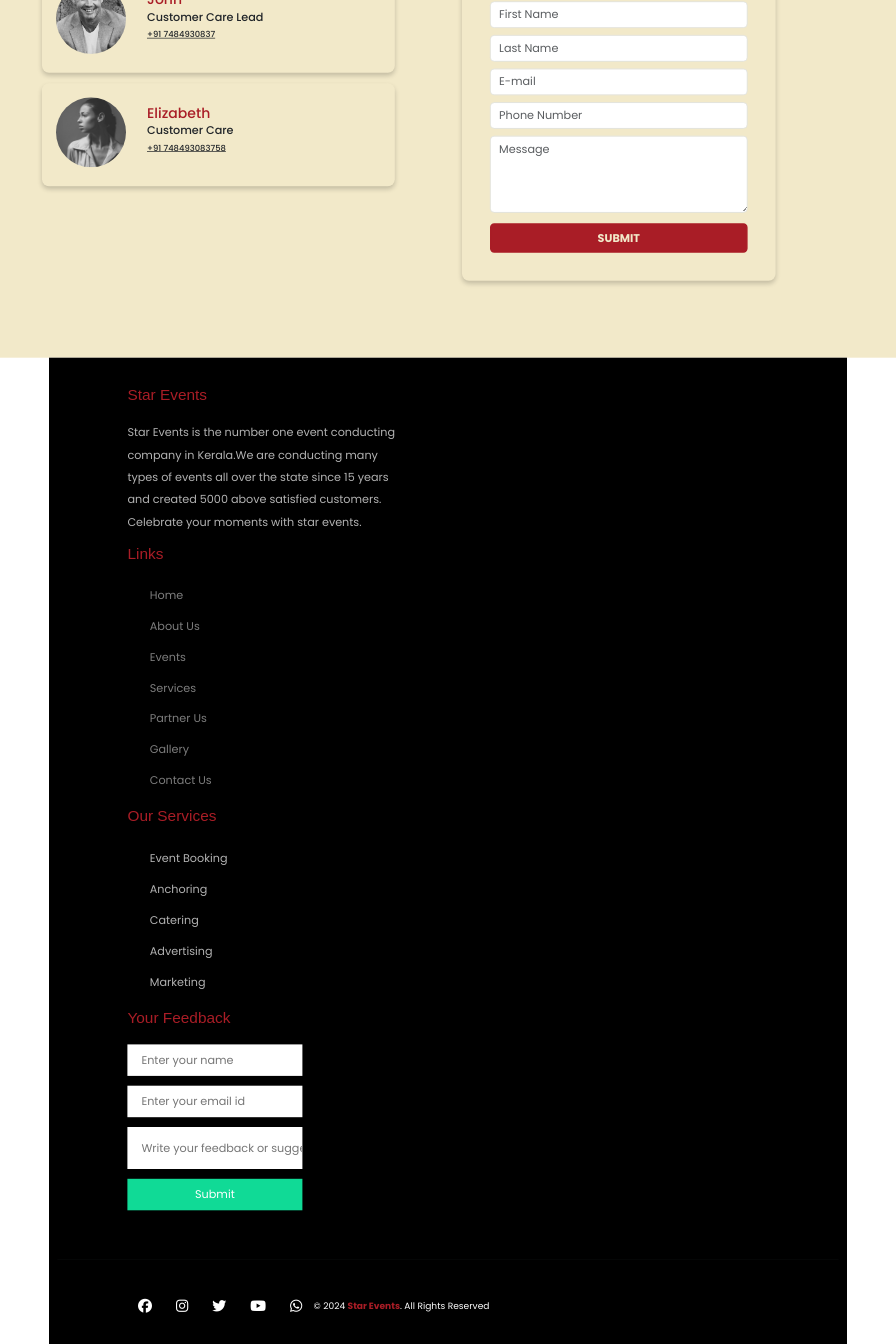
Repository: SharonSebastian32/Event-Management-System-
Page: index.html
The author's editor kept a copy of each file at every save. The page is drawn from the files as they stood at one save, then again after the next save.
The browser window is 1280 px wide. The pictures show the part of the page from y = 4490 to 6410 px (the page is 6410 px tall before and 5729 px after), at 70% of full size.
A picture or video elsewhere on the page could not be fetched, so the positions and the page height are approximate. Some web libraries are served in a nearby version.

Above is the page before, as saved 2024-09-06 12:35:36.
Not found: assets/css/ContactUs.css

After the next save:
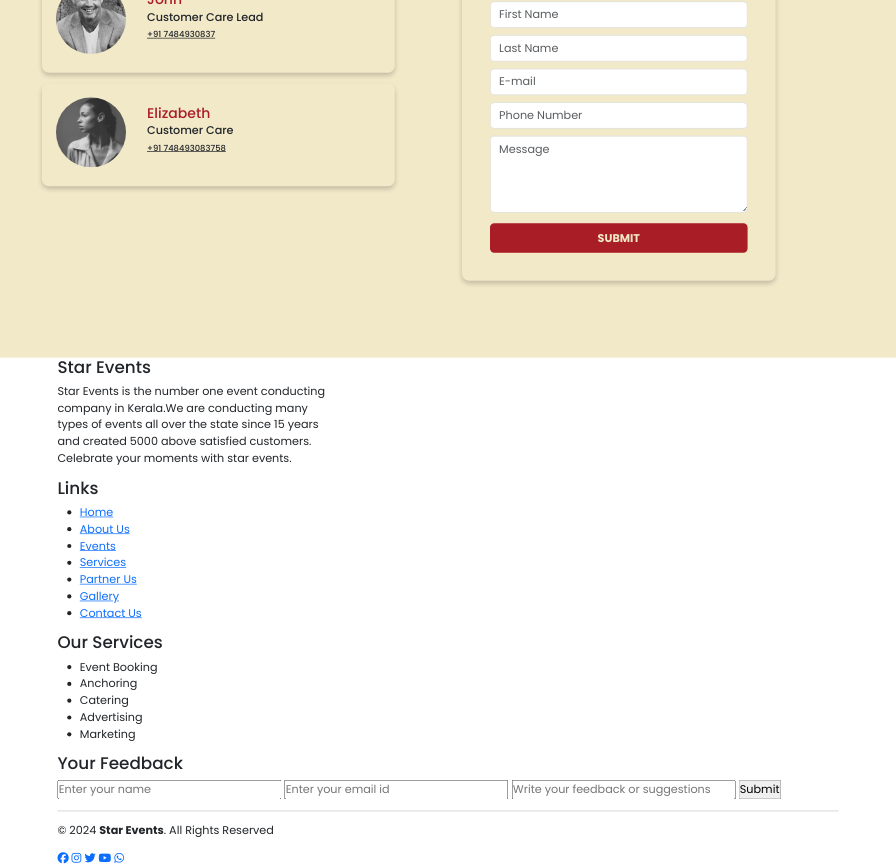
Saved 2 min 57 s later.
--- a/Css/Styles.css
+++ b/Css/Styles.css
@@ -508,134 +508,3 @@
 
 
    /* footer section */
-        * {
-            padding: 0;
-            margin: 0;
-            box-sizing: border-box;
-            font-family: 'Poppins', sans-serif;
-        }
-
-        footer .container {
-            background-color: black;
-        }
-
-        .row {
-            display: flex;
-            justify-content: space-between;
-            padding: 40px 100px;
-        }
-
-        .footer-col ul {
-            list-style: none;
-        }
-
-        .footer-col h4 {
-            color: #a91d26;
-            margin-bottom: 25px;
-            font-size: 22px;
-            position: relative;
-            font-family: 'Ubuntu', sans-serif;
-
-        }
-
-        .footer-col ul li {
-            padding: 10px 0;
-
-        }
-
-        .footer-col ul li a {
-            color: white;
-            text-decoration: none;
-            font-size: 16px;
-            opacity: 0.7;
-            transition: 0.5s;
-        }
-
-        .footer-col ul li a:hover {
-            opacity: 1;
-        }
-
-        .footer-col ul li {
-            color: white;
-            text-decoration: none;
-            font-size: 16px;
-            opacity: 0.7;
-            transition: 0.5s;
-        }
-
-        .footer-col p {
-            color: white;
-            text-decoration: none;
-            font-size: 16px;
-            opacity: 0.7;
-            transition: 0.5s;
-            line-height: 2;
-        }
-
-        .footer-col input {
-            border: none;
-            width: 250px;
-            height: 45px;
-            display: block;
-            padding-left: 20px;
-            margin: 14px 0px;
-        }
-
-
-        .footer-col .inputSubmit {
-            padding: 0px 20px;
-            background-color: rgb(16, 218, 150);
-            border: none;
-            color: white;
-        }
-
-        .footer-col .inputSubmit:hover {
-            background-color: rgb(3, 114, 77);
-            ;
-
-        }
-
-        .footer-col .inputfs:hover {
-            background-color: rgb(251, 255, 3);
-
-        }
-
-        .footer-col .inputemail:hover {
-            background-color: rgb(251, 255, 3);
-
-        }
-
-        .footer-col .inputname:hover {
-            background-color: rgb(251, 255, 3);
-
-        }
-
-
-
-        .footer-col .inputfs {
-            height: 60px;
-        }
-
-        .col p {
-            color: white;
-            position: absolute;
-            left: 35%;
-            font-size: small;
-
-        }
-
-        .col p b {
-            color: #a91d26;
-        }
-
-        .row hr {
-            opacity: 0.7s;
-        }
-
-        .row .socialIcons i {
-            display: inline-block;
-            color: white;
-            font-size: 20px;
-            margin: 0 15px;
-            transition: 0.5s;
-        }
